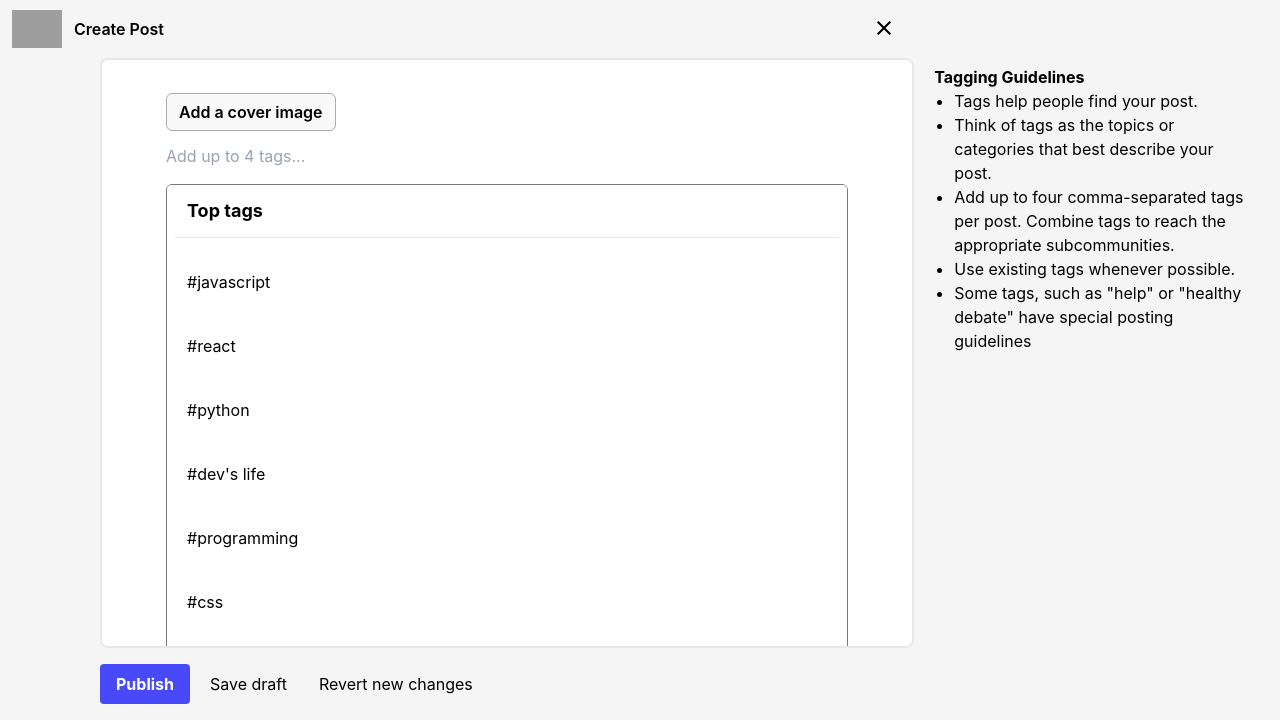
Repository: dat-nguyen-2001/Dev.to
Page: /new (app in client/)
These files come from the project's save history. The page is drawn as it stood at one moment and after a run of saves; the edit follows.
The browser window is 1280 px wide. The pictures show the whole page.
Pictures or frames that could not be fetched are drawn as grey boxes. An inner scrolling area shows only its first screen. The project was rebuilt for these pictures with package versions that can differ from the ones it lists, and the page was loaded fresh each time. Also part of the build but not shown: client/src/components/Footer.tsx, client/src/components/nav/GuestNav.tsx, client/src/components/nav/NavBar.tsx, client/src/components/Layout.tsx, client/src/pages/about.tsx, client/src/components/SignInForm.tsx, client/src/components/SignInPlatform.tsx, client/src/pages/enter.tsx and 1 more.

Above is the page before, as saved 2022-09-25 12:18:34.

### client/public/index.html
<!DOCTYPE html>
<html lang="en">
  <head>
    <meta charset="utf-8" />
    <link rel="icon" href="%PUBLIC_URL%/dev.to-icon.png" />
    <meta name="viewport" content="width=device-width, initial-scale=1" />
    <meta name="theme-color" content="#000000" />
    <meta
      name="description"
      content="Web site created using create-react-app"
    />
  </head>
  <body>
    <noscript>You need to enable JavaScript to run this app.</noscript>
    <div id="root"></div>
  </body>
</html>

### client/src/index.tsx
import React from 'react';
import ReactDOM from 'react-dom/client';
import './index.css';
import App from './App';
import reportWebVitals from './reportWebVitals';

const root = ReactDOM.createRoot(
  document.getElementById('root') as HTMLElement
);
root.render(
  <React.StrictMode>
      <App />
  </React.StrictMode>
);

// If you want to start measuring performance in your app, pass a function
// to log results (for example: reportWebVitals(console.log))
// or send to an analytics endpoint. Learn more: https://bit.ly/CRA-vitals
reportWebVitals();

### client/src/index.css
@tailwind base;
@tailwind components;
@tailwind utilities;

body {
  margin: 0;
  font-family: -apple-system, BlinkMacSystemFont, 'Segoe UI', 'Roboto', 'Oxygen',
    'Ubuntu', 'Cantarell', 'Fira Sans', 'Droid Sans', 'Helvetica Neue',
    sans-serif;
  -webkit-font-smoothing: antialiased;
  -moz-osx-font-smoothing: grayscale;
  background-color: #f5f5f5;
}

code {
  font-family: source-code-pro, Menlo, Monaco, Consolas, 'Courier New',
    monospace;
}


.space-between {
  justify-content: space-between;
}

.icon {
  @apply w-9 h-9 hover:text-[blue]/70 hover:bg-[#e2e3f3] text-center cursor-pointer rounded py-1
}

/* make words between a line */

.linedWord::before, .linedWord::after {
  content: "";
  flex: 1 1;
  border-bottom : 1px solid black;
  margin: auto
}

.linedWord::before {
  margin-right: 5px
}

.linedWord::after {
  margin-left: 5px
}

.registerInput {
  @apply h-[40px] border-[1px] rounded pl-1
}

.tagsInput:focus ~ tagsOptions {
  display: flex;
}

### client/src/App.tsx
import {
  BrowserRouter as Router,
  Routes,
  Route,
} from 'react-router-dom';

import AboutPage from './pages/about';
import SignIn from './pages/enter';
import HomePage from './pages/home';
import New from './pages/new';

function App() {
  return (<Router>
    <Routes>
    <Route path='/' element={< HomePage />}></Route>
      <Route path='/about' element={< AboutPage />}></Route>
      <Route path='/enter' element={< SignIn />}></Route>
      <Route path='/new' element={< New />}></Route>
    </Routes>
  </Router>

  );
}

export default App;

### client/src/pages/new.tsx
import ClearIcon from '@mui/icons-material/Clear';
import FormatListNumberedIcon from '@mui/icons-material/FormatListNumbered';
import FormatListBulletedIcon from '@mui/icons-material/FormatListBulleted';
import FormatBoldIcon from '@mui/icons-material/FormatBold';
import FormatItalicIcon from '@mui/icons-material/FormatItalic';
import ImageIcon from '@mui/icons-material/Image';
import AttachmentIcon from '@mui/icons-material/Attachment';
import MoreVertIcon from '@mui/icons-material/MoreVert';
import FormatQuoteIcon from '@mui/icons-material/FormatQuote';
import CodeIcon from '@mui/icons-material/Code';
import BoltIcon from '@mui/icons-material/Bolt';
import { useEffect, useState } from 'react';

const New = () => {

    //Handle creating new article
    const createArticle = () => {
        console.log('created!')
    }

    //Preview image uploaded by user
    const [url, setUrl] = useState<string>('')
    const handlePreviewImage = (e: any) => {
        const file = e.target.files[0];
        const url = URL.createObjectURL(file);
        setUrl(url)
    }

    //Handle tags
    const tags = ["javascript", "react", "python", "dev's life", "programming", "css", "html", "typescript", "mongodb" , "webdev", "beginners", "tutorial", "algorithms", "postgres", "threejs", "open source", "github", "docker", "testing"]
    const [displayTags, setDisplayTags] = useState(false);
    const displayTagsHandler = () => {setDisplayTags(true)}
    // Resize textarea when typing
    const textarea = document.querySelector('textarea');
    const handleResize = (e: any) => {
        const area = e.target;
        area.style.height = "auto";
        area.style.height = area.scrollHeight + "px";
    }
    if (textarea !== null) {
        textarea.addEventListener('input', handleResize)
    }


    return (
        <div className='md:grid grid-cols-4 bg-[#f5f5f5] lg:grid-cols-7 2xl:pl-[100px]'>
            <div className='flex flex-col content-center h-screen col-span-3 lg:col-span-5'>
                <div className='h-[8vh] flex items-center space-between px-3'>
                    <div className='flex items-center space-x-3'>
                        <a href='/' className='hidden md:inline'>
                            <img src="https://dev-to-uploads.s3.amazonaws.com/uploads/logos/resized_logo_UQww2soKuUsjaOGNB38o.png" width={50} className="cursor-pointer" />
                        </a>
                        <p className='font-semibold'>Create Post</p>
                    </div>
                    <div className='icon'>
                        <a href='/'>
                            <ClearIcon />
                        </a>
                    </div>
                </div>
                <div className='overflow-y-auto bg-white h-[82vh] border-[2px] rounded-lg flex flex-col py-3 md:py-10 px-2 md:px-16 space-y-5 lg:ml-[100px]'>
                    <form>
                        <input type="file" name='file' id='file' onChange={handlePreviewImage} className='w-0 h-0 opacity-0 overflow-hidden absolute z-[-1] ' />
                        <label htmlFor='file' className='bg-[#f9f9f9] font-semibold px-3 py-2 cursor-pointer rounded-md border-black/30 border-[1.5px]'>Add a cover image</label>
                    </form>

                    {/* preview image * /}
                    {url !== "" &&
                        <div className='flex items-center space-x-10'>
                            <img src={url} width={200} />
                            <button className='text-lg px-3 py-1 text-[red] hover:bg-[#eeeeee] rounded-md' onClick={() => setUrl('')}>Remove</button>
                        </div>}

                    <form>
                        <input placeholder='New post title here...' className='text-3xl md:text-4xl lg:text-5xl w-full h-[130%] outline-none font-bold placeholder-black/70' />
                    </form>

                    {/* Tags */}
                    <form className='relative'>
                        <input onFocus={displayTagsHandler} placeholder='Add up to 4 tags...' className='w-full outline-none' />
                        <div className={`  z-[100] absolute top-10 flex-col px-2 bg-white w-full border-[.1em] border-solid border-[#777] rounded-md max-h-[500px] overflow-y-auto`}>
                            <h2 className='text-lg font-bold pt-3 pb-3 px-3'>Top tags</h2>
                            <hr></hr>
                            <ul className='flex flex-col space-y-0 cursor-pointer pt-3'>
                                {tags.map(tag => (
                                    <li key={tag} className='py-5 px-3 hover:text-[#3e45b2] hover:bg-[#f5f5f5]'>#{tag}</li>
                                ))}
                            </ul>
                        </div>
                    </form>

                    {/* Options */}
                    <div className='bg-[#f9f9f9] w-full'>
                        <div className='flex space-between py-4 px-2 '>
                            <div className='flex space-x-3'>
                                <div className='icon'>
                                    <FormatBoldIcon />
                                </div>
                                <div className='icon'>
                                    <FormatItalicIcon />
                                </div>
                                <div className='icon hidden sm:inline'>
                                    <AttachmentIcon />
                                </div>
                                <div className='icon'>
                                    <FormatListNumberedIcon />
                                </div>
                                <div className='icon'>
                                    <FormatListBulletedIcon />
                                </div>
                                <div className='icon hidden md:inline'>
                                    <FormatQuoteIcon />
                                </div>
                                <div className='icon hidden md:inline'>
                                    <CodeIcon />
                                </div>
                                <div className='icon hidden md:inline'>
                                    <BoltIcon />
                                </div>
                                <div className='icon'>
                                    <ImageIcon />
                                </div>
                            </div>
                            <div className='icon'>
                                <MoreVertIcon />
                            </div>
                        </div>

                    </div>
                    <div className='w-full'>
                        <textarea placeholder='Write your post content here...' className='outline-none text-lg w-full' />
                    </div>
                </div>
                <div className='h-[10vh] flex items-center px-3 space-x-2 lg:ml-[100px] lg:px-0'>
                    <button className='px-4 py-2 rounded bg-[blue]/70 hover:bg-[blue] text-white font-bold text-base' onClick={createArticle}>Publish</button>
                    <button className='px-3 py-2 rounded hover:text-[blue]/70 hover:bg-[#e2e3f3]'>Save draft</button>
                    <button className='hidden sm:inline px-3 py-2 rounded hover:text-[blue]/70 hover:bg-[#e2e3f3] text-md'>Revert new changes</button>
                </div>
            </div>

            {/* Sidebar */}
            <div className='hidden md:inline col-span-1 lg:col-span-2 h-[82vh] my-auto px-2 lg:px-5 md:mr-4'>
                <h1 className='font-bold'>Tagging Guidelines</h1>
                <ul className='text-[14px] lg:text-base list-disc pl-5 '>
                    <li>Tags help people find your post.</li>
                    <li>Think of tags as the topics or categories that best describe your post.</li>
                    <li>Add up to four comma-separated tags per post. Combine tags to reach the appropriate subcommunities.</li>
                    <li>Use existing tags whenever possible.</li>
                    <li>Some tags, such as "help" or "healthy debate" have special posting guidelines</li>
                </ul>
            </div>

        </div>
    )
}

export default New

Loaded but not shown: client/src/reportWebVitals.ts (common file); client/tailwind.config.js (common file)

After the next 5 saves:
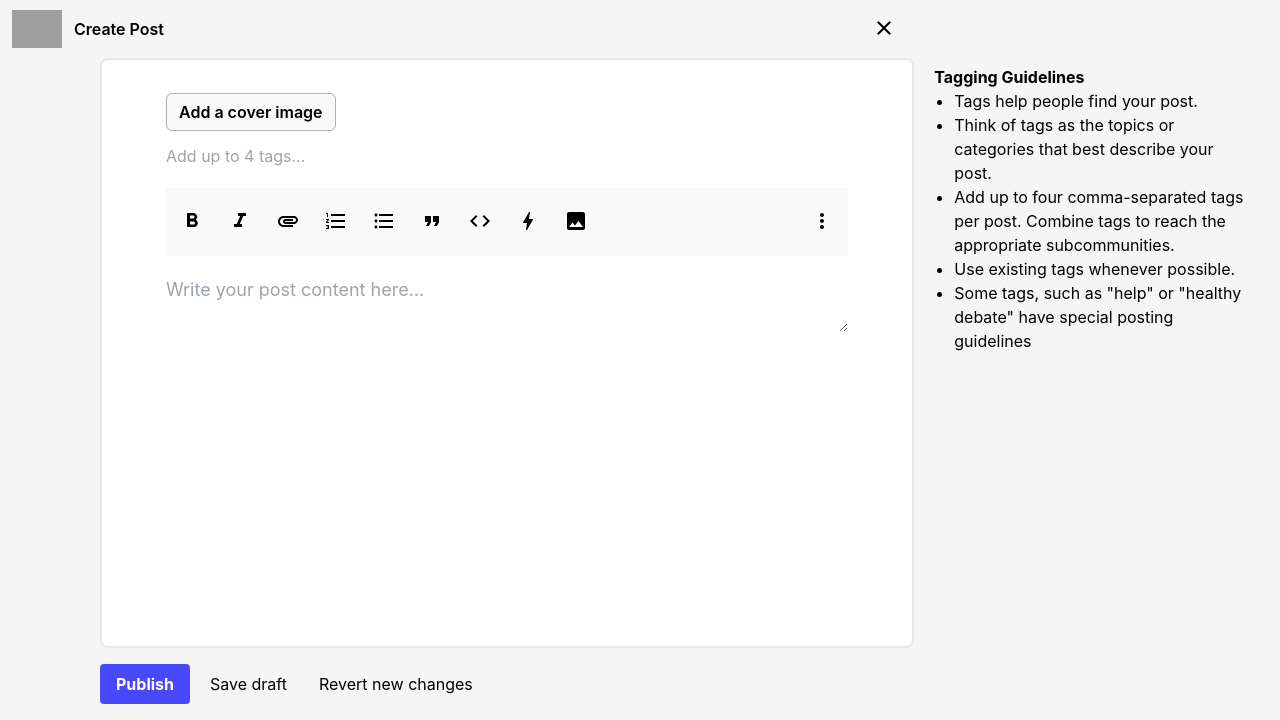
The 5 saves are shown as one change because 2 did not build or start and some came seconds apart.
The last was saved 21 s later.
--- a/client/src/pages/new.tsx
+++ b/client/src/pages/new.tsx
@@ -78,7 +78,7 @@ const New = () => {
                     {/* Tags */}
                     <form className='relative'>
                         <input onFocus={displayTagsHandler} placeholder='Add up to 4 tags...' className='w-full outline-none' />
-                        <div className={`  z-[100] absolute top-10 flex-col px-2 bg-white w-full border-[.1em] border-solid border-[#777] rounded-md max-h-[500px] overflow-y-auto`}>
+                        <div className={`${displayTags ? "flex" : "hidden"}  z-[100] absolute top-10 flex-col px-2 bg-white w-full border-[.1em] border-solid border-[#777] rounded-md max-h-[500px] overflow-y-auto`}>
                             <h2 className='text-lg font-bold pt-3 pb-3 px-3'>Top tags</h2>
                             <hr></hr>
                             <ul className='flex flex-col space-y-0 cursor-pointer pt-3'>
